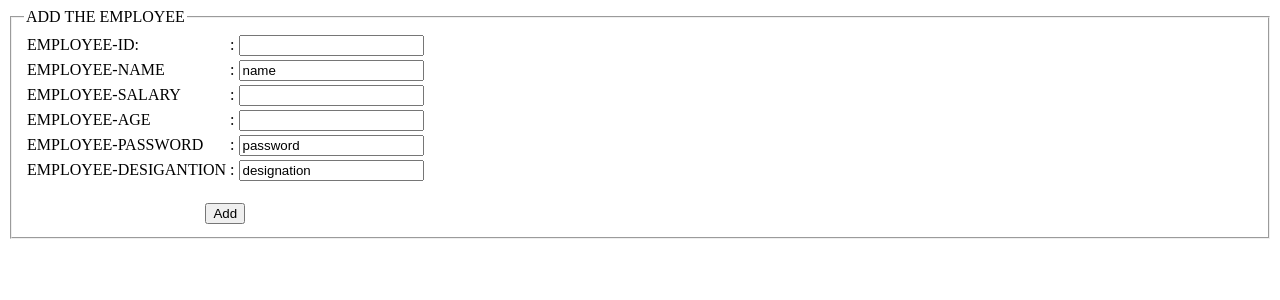
Repository: 81akshucaptain/TY_CG_HTD_BangloreNovember_JFS_AkahaykumarAgasanalli
Page: Akshay-BACK end codes/Servlet/mywebapp/src/main/webapp/addEmp.html
An editor plug-in stored every save of this project. The page is shown before and after the next save, followed by the edit.
The browser window is 1280 px wide. The pictures show the whole page.

Above is the page before, as saved 2019-12-17 10:24:27.

After the next save:
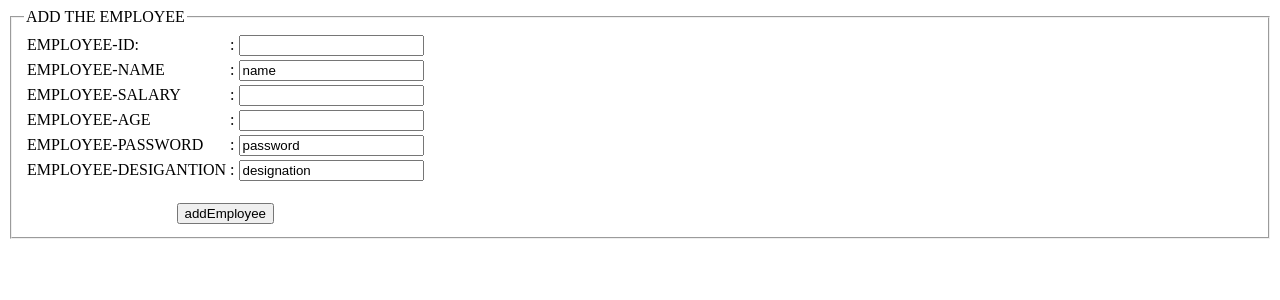
Saved 34 s later.
--- a/Akshay-BACK end codes/Servlet/mywebapp/src/main/webapp/addEmp.html
+++ b/Akshay-BACK end codes/Servlet/mywebapp/src/main/webapp/addEmp.html
@@ -46,7 +46,7 @@
 				</tr>
 				<tr>
 					<td colspan="3" align="center"><br> <input type="submit"
-						value="Add"></td>
+						value="addEmployee"></td>
 				</tr>
 			</table>
 		</form>
